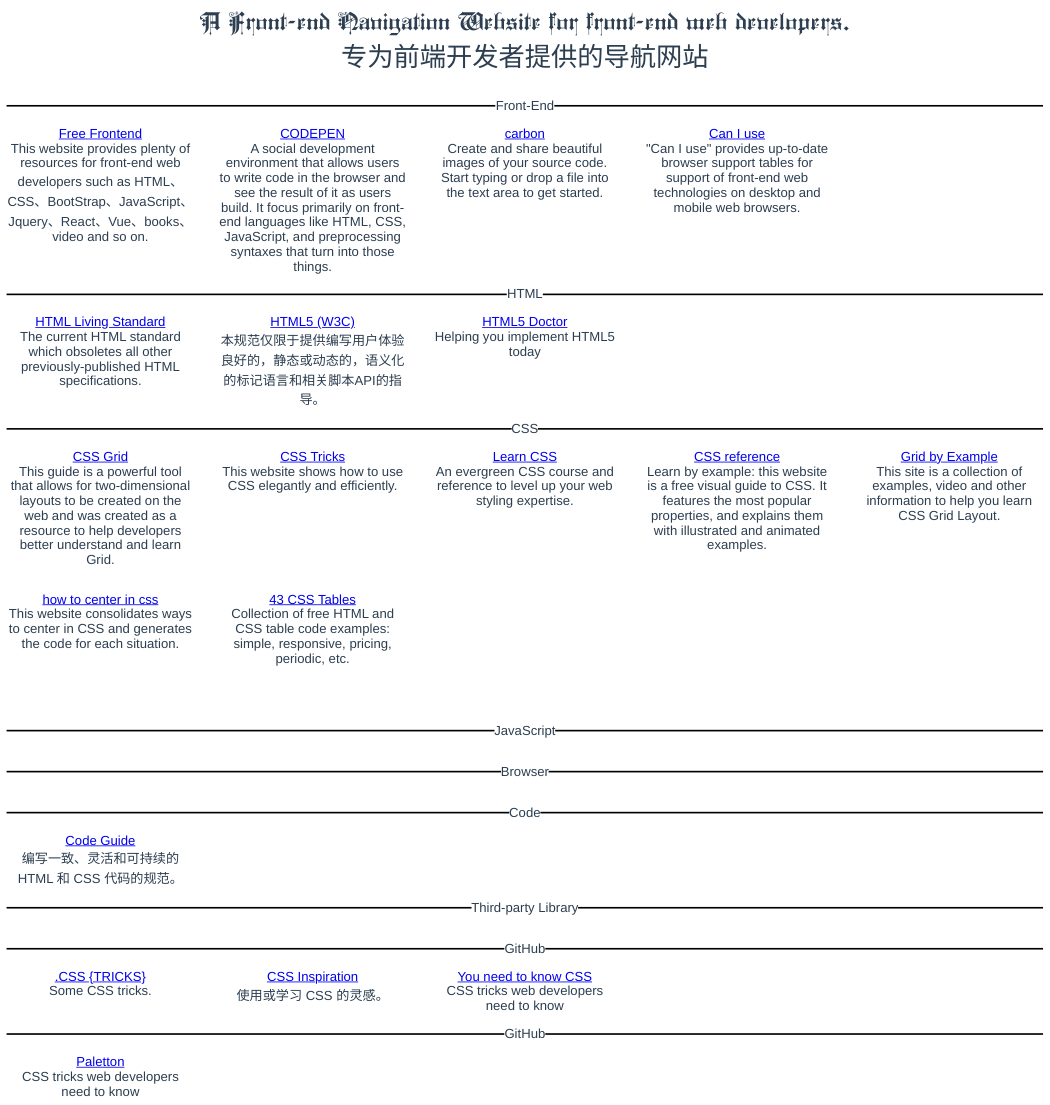
Repository: 321paranoiawhy/fenav.io
Page: /
The author's editor kept a copy of each file at every save. The page is drawn from the files as they stood at one save, then again after a run of saves.
The browser window is 1280 px wide. The pictures show the whole page, at 82% of full size.
The project was rebuilt for these pictures with package versions that can differ from the ones it lists, and the page was loaded fresh each time. Also part of the build but not shown: vue.config.js.

Above is the page before, as saved 2022-04-06 01:10:51.

### src/views/HomeView.vue
<template>
    <div class="englishTitle">
        A Front-end Navigation Website for front-end web developers.
    </div>
    <div class="chineseTitle">专为前端开发者提供的导航网站</div>
    <!-- Front-End -->
    <p class="divider">Front-End</p>
    <div id="frontend" class="main">
        <div class="card">
            <a class="url" href="https://freefrontend.com/">Free Frontend</a>
            <div class="description">
                This website provides plenty of resources for front-end web
                developers such as
                HTML、CSS、BootStrap、JavaScript、Jquery、React、Vue、books、video
                and so on.
            </div>
        </div>
        <div class="card">
            <a class="url" href="https://codepen.io/trending">CODEPEN</a>
            <div class="description">
                A social development environment that allows users to write code
                in the browser and see the result of it as users build. It focus
                primarily on front-end languages like HTML, CSS, JavaScript, and
                preprocessing syntaxes that turn into those things.
            </div>
        </div>
        <div class="card">
            <a class="url" href="https://carbon.now.sh/">carbon</a>
            <div class="description">
                Create and share beautiful images of your source code. Start
                typing or drop a file into the text area to get started.
            </div>
        </div>
        <div class="card">
            <a class="url" href="https://caniuse.com/">Can I use</a>
            <div class="description">
                "Can I use" provides up-to-date browser support tables for support of front-end web technologies on desktop and mobile web browsers.
            </div>
        </div>
    </div>
    <!-- HTML -->
    <p class="divider">HTML</p>
    <div id="HTML" class="main">
        <div class="card">
            <a class="url" href="https://html.spec.whatwg.org/"
                >HTML Living Standard</a
            >
            <div class="description">
                The current HTML standard which obsoletes all other
                previously-published HTML specifications.
            </div>
        </div>
        <div class="card">
            <a class="url" href="https://www.w3.org/html/ig/zh/wiki/HTML5"
                >HTML5 (W3C)</a
            >
            <div class="description">
                本规范仅限于提供编写用户体验良好的，静态或动态的，语义化的标记语言和相关脚本API的指导。
            </div>
        </div>
        <div class="card">
            <a class="url" href="http://html5doctor.com/">HTML5 Doctor</a>
            <div class="description">Helping you implement HTML5 today</div>
        </div>
    </div>
    <!-- CSS -->
    <p class="divider">CSS</p>
    <div id="CSS" class="main">
        <div id="grid" class="card">
            <a class="url" href="https://learncssgrid.com/">CSS Grid</a>
            <div class="description">
                This guide is a powerful tool that allows for two-dimensional
                layouts to be created on the web and was created as a resource
                to help developers better understand and learn Grid.
            </div>
        </div>
        <div id="tricks" class="card">
            <a class="url" href="https://css-tricks.com/">CSS Tricks</a>
            <div class="description">
                This website shows how to use CSS elegantly and efficiently.
            </div>
        </div>
        <div id="learn" class="card">
            <a class="url" href="https://web.dev/learn/css/">Learn CSS</a>
            <div class="description">
                An evergreen CSS course and reference to level up your web
                styling expertise.
            </div>
        </div>
        <div id="reference" class="card">
            <a class="url" href="https://cssreference.io/">CSS reference</a>
            <div class="description">
                Learn by example: this website is a free visual guide to CSS. It
                features the most popular properties, and explains them with
                illustrated and animated examples.
            </div>
        </div>
        <div id="grid" class="card">
            <a class="url" href="https://gridbyexample.com/">Grid by Example</a>
            <div class="description">
                This site is a collection of examples, video and other
                information to help you learn CSS Grid Layout.
            </div>
        </div>
        <div id="center in css" class="card">
            <a class="url" href="http://howtocenterincss.com/"
                >how to center in css</a
            >
            <div class="description">
                This website consolidates ways to center in CSS and generates
                the code for each situation.
            </div>
        </div>
        <div id="table" class="card">
            <a
                class="url"
                href="https://freefrontend.com/css-tables/#pricing-tables"
                >43 CSS Tables</a
            >
            <div class="description">
                Collection of free HTML and CSS table code examples: simple,
                responsive, pricing, periodic, etc.
            </div>
        </div>
    </div>
    <!-- JavaScript -->
    <p class="divider">JavaScript</p>
    <div id="JavaScript" class="main"></div>
    <!-- Browser -->
    <p class="divider">Browser</p>
    <div id="Browser" class="main"></div>
    <!-- Code -->
    <p class="divider">Code</p>
    <div id="Code" class="main">
        <div class="card">
            <a class="url" href="https://codeguide.bootcss.com/">Code Guide</a>
            <div class="description">
                编写一致、灵活和可持续的 HTML 和 CSS 代码的规范。
            </div>
        </div>
    </div>
    <!-- Third-party Library -->
    <p class="divider">Third-party Library</p>
    <div id="Code" class="main"></div>
    <!-- GitHub -->
    <p class="divider">GitHub</p>
    <div id="GitHub" class="main">
        <div id="tricks" class="card">
            <a class="url" href="https://github.com/QiShaoXuan/css_tricks"
                >.CSS {TRICKS}</a
            >
            <div class="description">Some CSS tricks.</div>
        </div>
        <div id="Inspiration" class="card">
            <a class="url" href="https://github.com/chokcoco/CSS-Inspiration"
                >CSS Inspiration</a
            >
            <div class="description">使用或学习 CSS 的灵感。</div>
        </div>
        <div id="" class="card">
            <a
                class="url"
                href="https://github.com/l-hammer/You-need-to-know-css"
                >You need to know CSS</a
            >
            <div class="description">
                CSS tricks web developers need to know
            </div>
        </div>
    </div>
    <!-- Color -->
    <p class="divider">GitHub</p>
    <div id="Code" class="main">
        <div id="" class="card">
            <a
                class="url"
                href="https://paletton.com/#uid=1000u0kllllaFw0g0qFqFg0w0aF"
                >Paletton</a
            >
            <div class="description">
                CSS tricks web developers need to know
            </div>
        </div>
    </div>
</template>

<script>
// @ is an alias to /src
export default {
    name: "Home",
    components: {},
};
</script>

<style scoped lang="scss">
@font-face {
    font-family: KingsCross;
    src: url(/public/fonts/KingsCross.ttf);
}
@font-face {
    font-family: NotoSansSC-Regular;
    src: url(/public/fonts/NotoSansSC-Regular.otf);
}
.englishTitle {
    font-family: KingsCross;
    font-size: 32px;
}
.chineseTitle {
    font-family: NotoSanSC-Regular;
    font-size: 32px;
    margin-bottom: 30px;
}
.main {
    display: grid;
    grid-template-columns: repeat(5, 1fr);
    grid-auto-rows: 1fr;
    grid-gap: 30px;
}
// 水平分割线 中间带文字
p {
    display: flex;
}
p:before,
p:after {
    content: "";
    flex: 1 1 0;
    border-bottom: 2px solid #000;
    margin: auto;
}
</style>

Loaded but not shown: public/index.html (common file); src/main.js (common file); src/App.vue (common file); src/router/index.js (common file); src/store/index.js (common file)

After the next 3 saves:
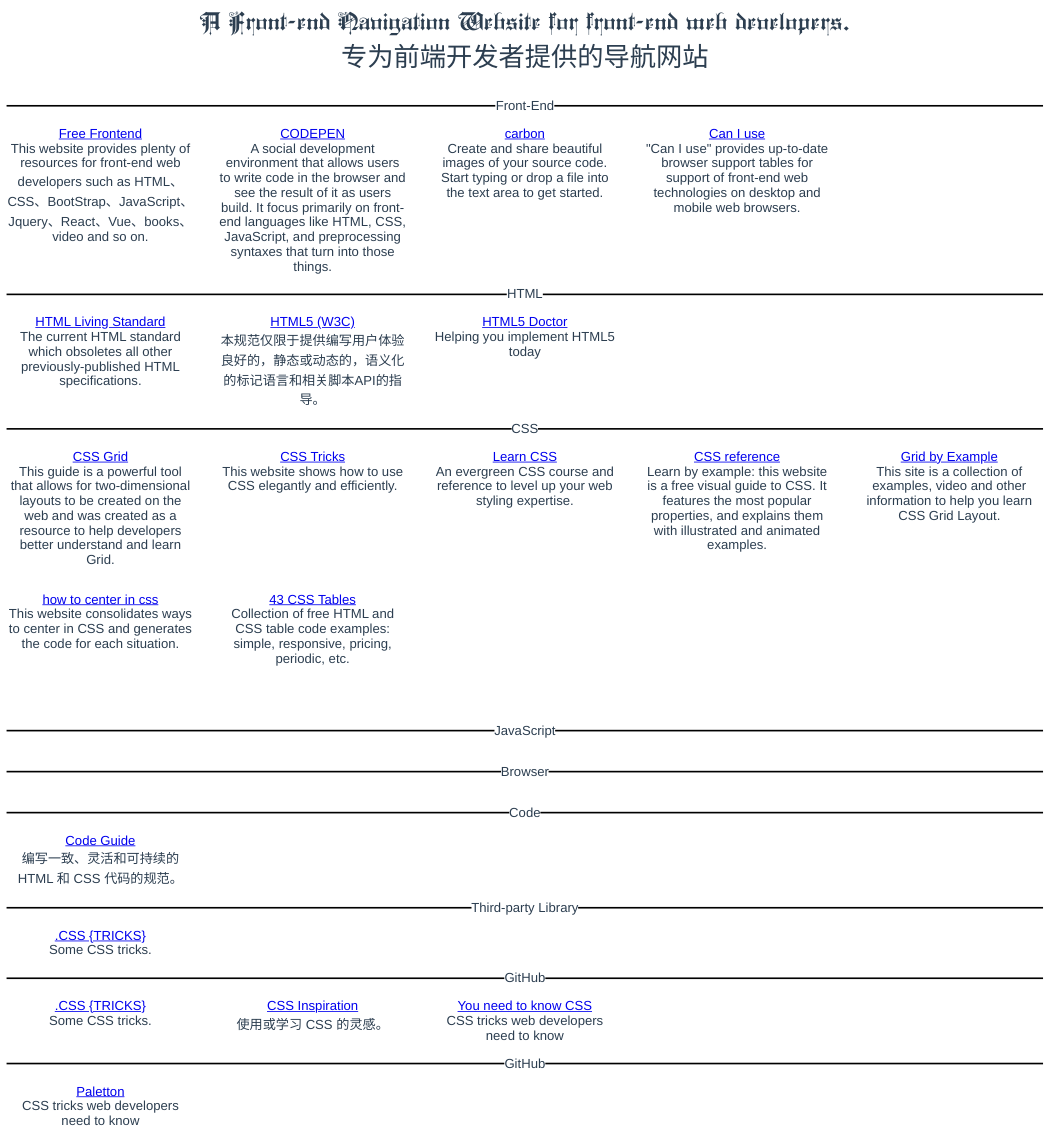
The 3 saves are shown as one change because they came seconds apart.
The last was saved 99 s later.
--- a/src/views/HomeView.vue
+++ b/src/views/HomeView.vue
@@ -34,7 +34,9 @@
         <div class="card">
             <a class="url" href="https://caniuse.com/">Can I use</a>
             <div class="description">
-                "Can I use" provides up-to-date browser support tables for support of front-end web technologies on desktop and mobile web browsers.
+                "Can I use" provides up-to-date browser support tables for
+                support of front-end web technologies on desktop and mobile web
+                browsers.
             </div>
         </div>
     </div>
@@ -141,7 +143,14 @@
     </div>
     <!-- Third-party Library -->
     <p class="divider">Third-party Library</p>
-    <div id="Code" class="main"></div>
+    <div id="Code" class="main">
+        <div id="tricks" class="card">
+            <a class="url" href="https://github.com/QiShaoXuan/css_tricks"
+                >.CSS {TRICKS}</a
+            >
+            <div class="description">Some CSS tricks.</div>
+        </div>
+    </div>
     <!-- GitHub -->
     <p class="divider">GitHub</p>
     <div id="GitHub" class="main">
